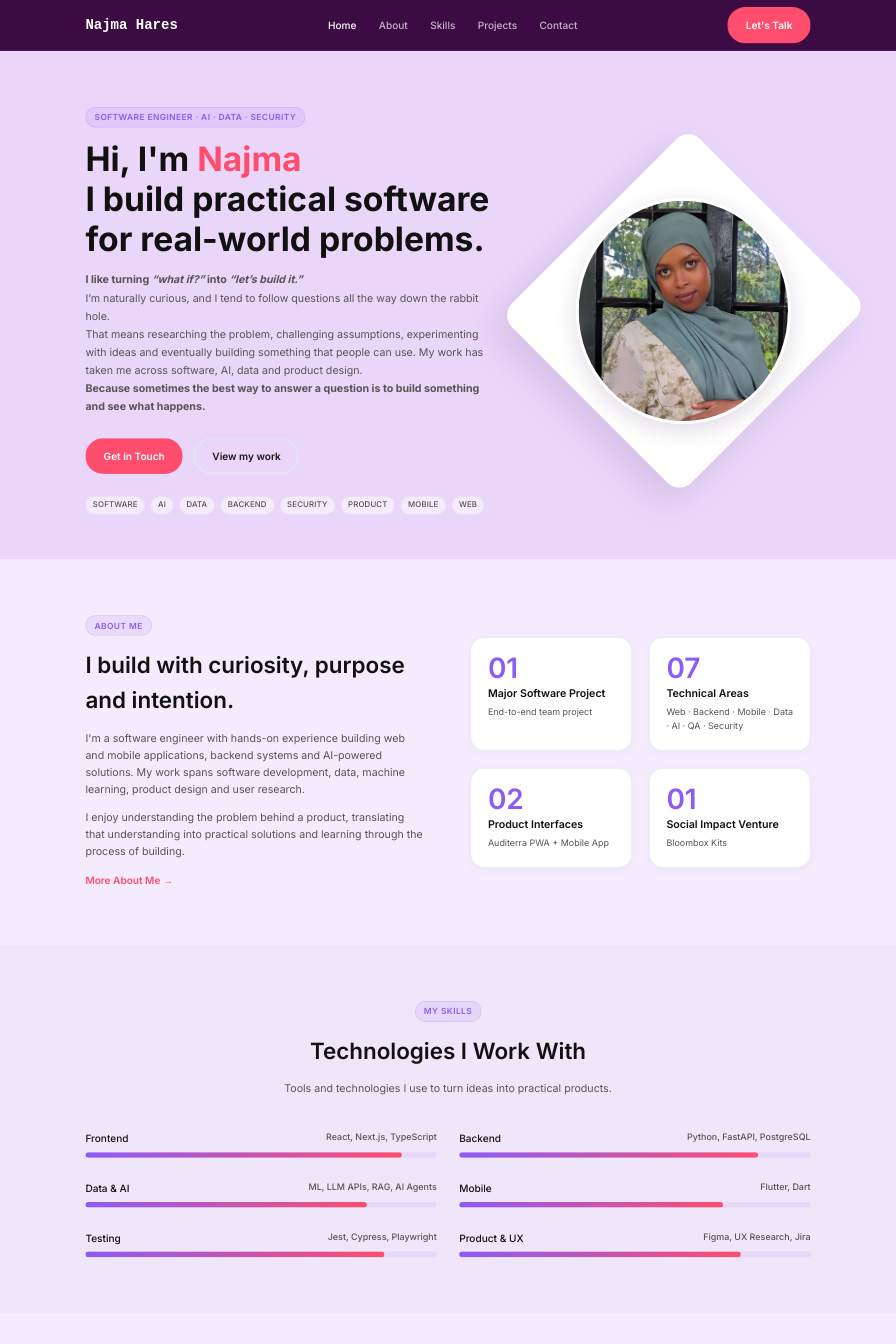
Repository: najmahares/portfolio
Page: index.html
The author's editor kept a copy of each file at every save. The page is drawn from the files as they stood at one save, then again after the next save.
The browser window is 1280 px wide. The pictures show the part of the page from y = 0 to 1920 px (the page is 3287 px tall), at 70% of full size.

Above is the page before, as saved 2026-09-19 07:01:10.

After the next save:
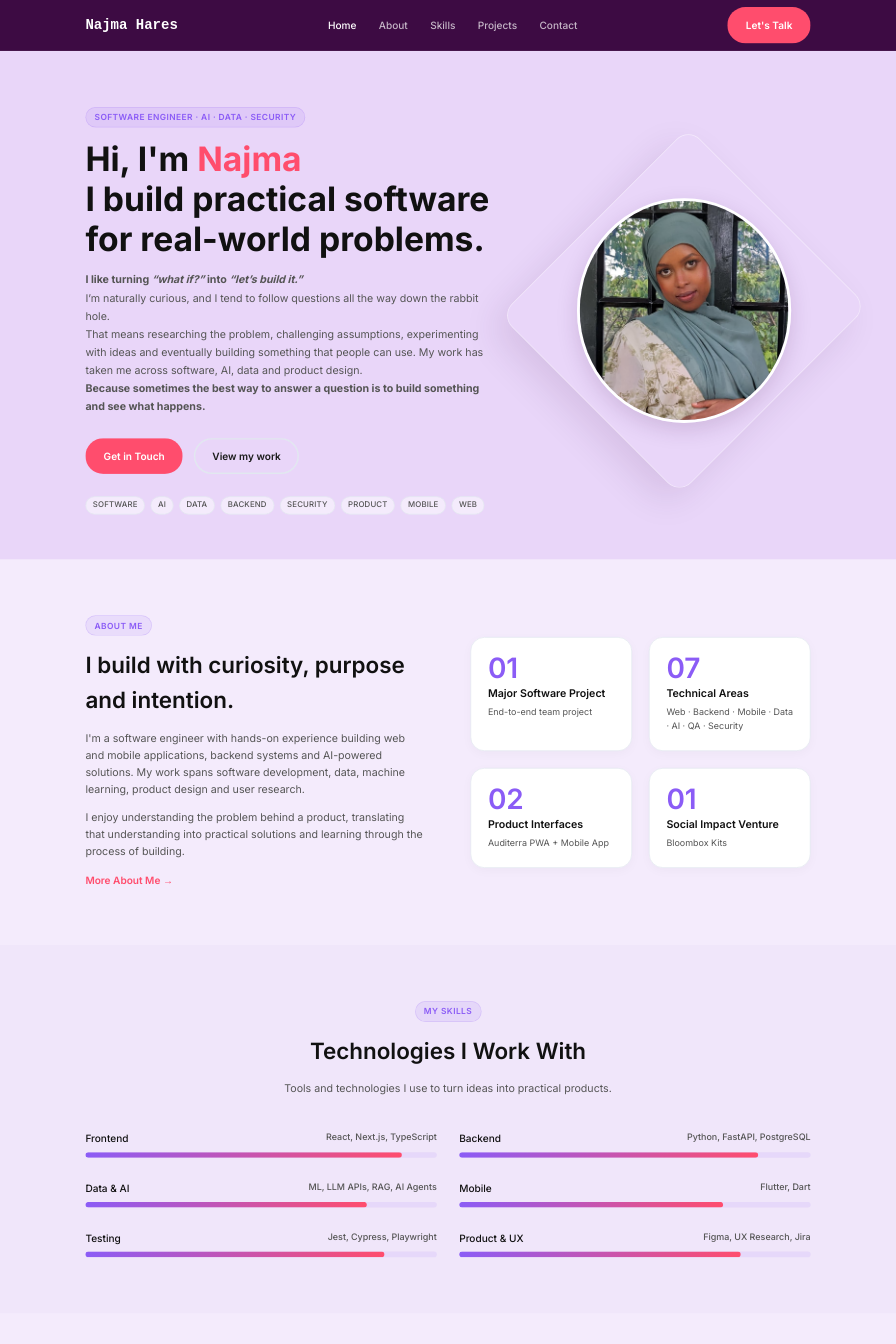
Saved 72 s later.
--- a/css/style.css
+++ b/css/style.css
@@ -233,13 +233,14 @@ p {
   justify-content: center;
   position: relative;
   z-index: 10;
-  background-color: #ffffff;
+  background-color: var(--bg-hero);
   box-shadow: 0 25px 50px rgba(61, 11, 67, 0.1);
   overflow: hidden;
   transition:
     transform 0.5s ease,
     box-shadow 0.5s ease;
   transform: rotate(45deg);
+  border: 1px solid rgba(255, 255, 255, 0.5);
 }
 
 .avatar-graphic:hover {
